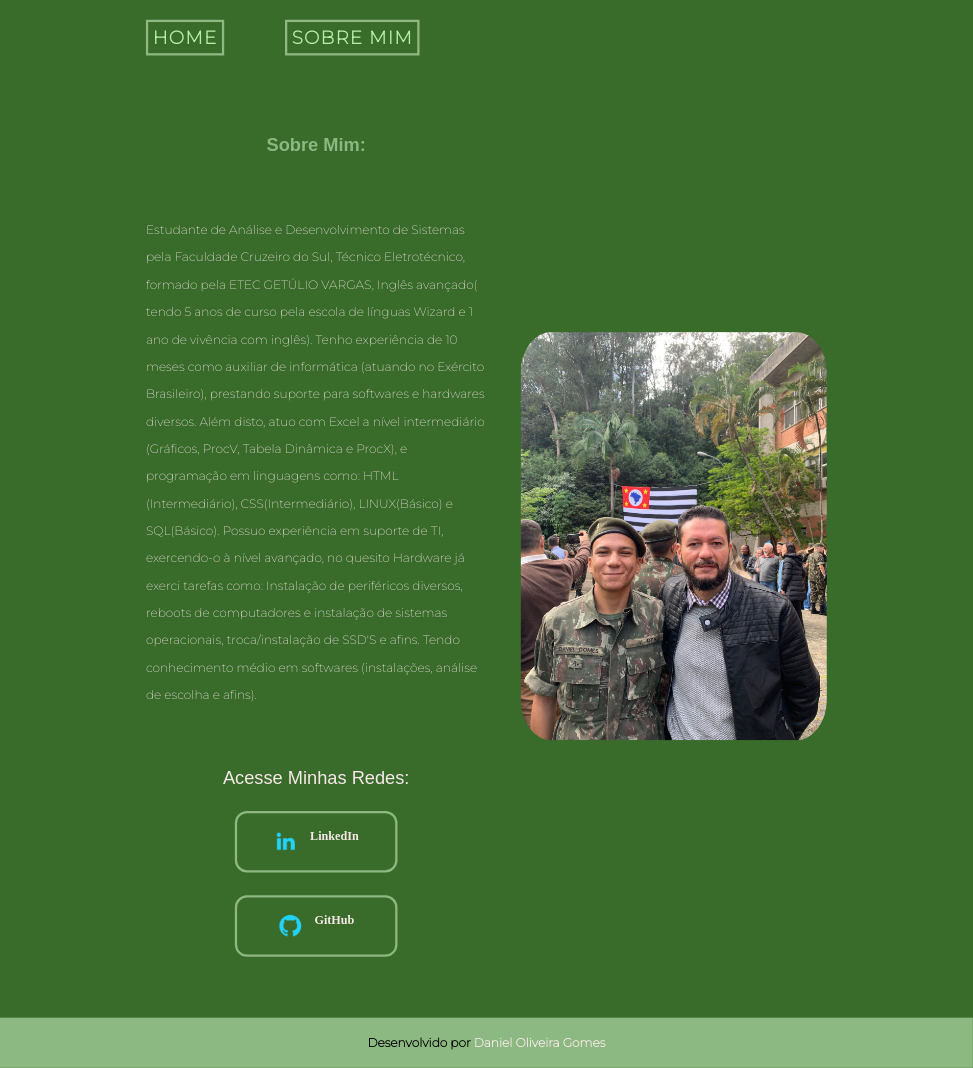
Repository: DamnDTX/Portfolio-Daniel-Oliveira-1
Page: about.html
These files come from the project's save history. The page is drawn as it stood at one moment and after the next save; the edit follows.
The browser window is 1280 px wide. The pictures show the whole page, at 76% of full size.
Some web fonts or font styles are not loaded; a fallback is used.

Above is the page before, as saved 2023-07-24 17:25:16.

### about.html
<!DOCTYPE html>
<html lang="pt-br">
<head>
    <meta charset="UTF-8">
    <meta name="viewport" content="width=device-width, initial-scale=1.0">
    <title>Sobre Mim</title>
    <link rel="stylesheet" href="./styles/about.css">
    <!--Há duas formas de nós conseguirmos linkar o nosso arquivos css, a primeira forma nós já sabemos, que é utilizando o elemento link, mas podemos fazer de outra forma, que é escrevendo "link:" e puxar o caminho do css, prefiro a primeira forma, já que a velocidade de ação é a mesma-->
</head>
<body>
<header>
    <header class="cabecalho">
        <nav class="cabecalho__menu">
            <a class="cabecalho__menu__link" href="index.html">Home</a>
            <a class="cabecalho__menu__link" href="about.html">Sobre Mim</a>
        </nav>
</header>
<!--Copiamos o header da outra página html, temos que ver que tem coisas que queremos que continue igual, igual
    o header e as estilizações (posicionamento e afins, quando for assim, copiamos as propriedades da mesma forma
    , alterando só quando necessário)
-->
<main class="principal">
    <section class="principal__conteudo">
        <h1 class="principal__conteudo__titulo">
   <strong>Sobre Mim:</strong>
        </h1>

        <h4 class="principal__conteudo__apresentacao">
            Estudante de Análise e Desenvolvimento de Sistemas pela Faculdade Cruzeiro do Sul, Técnico Eletrotécnico, formado pela ETEC GETÚLIO VARGAS, Inglês avançado( tendo 5 anos de curso pela escola de línguas Wizard e 1 ano de vivência com inglês). Tenho experiência de 10 meses como auxiliar de informática (atuando no Exército Brasileiro), prestando suporte para softwares e hardwares diversos. Além disto, atuo com Excel a nível intermediário (Gráficos, ProcV, Tabela Dinâmica e ProcX), e programação em linguagens como: HTML (Intermediário), CSS(Intermediário), LINUX(Básico) e SQL(Básico). Possuo experiência em suporte de TI, exercendo-o à nível avançado, no quesito Hardware já exerci tarefas como: Instalação de periféricos diversos, reboots de computadores e instalação de sistemas operacionais, troca/instalação de SSD'S e afins. Tendo conhecimento médio em softwares (instalações, análise de escolha e afins).
        </h4>
        <div class="principal__links">
            <h2 class="principal__links__subtitulo">Acesse Minhas Redes:</h2>
        <a class="principal__link__social" target="_blank" href="https://www.linkedin.com/in/daniel-oliveira-gomes-3470511b6/">
                <img src="./assets/Logo linkedin.png" alt="linkeidn_logo">
            LinkedIn
                </a>
        <a class="principal__link__social" target="_blank" href="https://github.com/DamnDTX/">
          <img src="./assets/Logo Github.png" alt="github_logo">
          GitHub
        </a>
    </section>
    <img class="daniel" alt="minha_pessoa" src="./assets/Daniel milico.jpeg">
</main>

<footer class="rodape">
    <h4>Desenvolvido por <strong class="desenvolvedor">Daniel Oliveira Gomes</strong></h4>
</footer>
</body>
</html>

### styles/about.css
@import url('https://fonts.googleapis.com/css2?family=Abril+Fatface&family=Krona+One&family=Montserrat:wght@100;200&display=swap');
@import url('https://fonts.googleapis.com/css2?family=Abril+Fatface&family=Krona+One&family=Montserrat:wght@100&display=swap');

:root{
    --cor-dos-textos:#F8E9E9;
    --fonte-textos:'Montsserrat',sans-serif;
    --fonte-titulos:'Krona One', sans-serif;
}




*{
    margin: 0;
    padding: 0;
}

body{
    background-color:  #396B2B;
    color: var(--cor-dos-textos);
    height: 100vh;
    box-sizing: border-box;
}
 /*O 100vh serve quando temos poucos elementos na página, quando o body não alcança tudo (quando há poucos
 elementos), quando não for o caso de termos poucos elementos, tiramos-o, ou melhor, não os usamos  */
strong{
    color: #8CB881;
}

.cabecalho{
padding: 2% 0 0 15%;
}

.cabecalho__menu{display: flex;
gap: 80px;}

.cabecalho__menu__link{
    font-size:  1.5rem;
    font-family: 'Montserrat', sans-serif;
    font-style: normal;
    font-weight: 600;
    line-height: normal;
    color: #B6EEA7;
    text-decoration: none;
    text-transform: uppercase;
    letter-spacing: 0.1rem;
    border-style: solid;
    border-color: #8EBA82;
    padding: 6px;
    background-color: transparent;
}

.principal{display: flex;
align-items: center;
justify-content: space-between;
padding: 5% 15%;
gap: 40px;}



.principal__conteudo{
    width: 50%;
    height: 50%;
    display: flex;
    flex-direction: column;
    gap: 40px;
       }

.principal__conteudo__titulo{
    font-family: 'Krona One', sans-serif;
    font-size: 2.25;
    text-align: center;
    margin-top: 40px;

}



.principal__conteudo__apresentacao{
    font-family: 'Montserrat', sans-serif;
    display: flex;
    flex-direction: column;
    font-size:  1,5rem;
    font-style: normal;
    font-weight: 400;
    line-height: 36px;
    color: #F8E9E9;
    margin-top: 40px;
}

.daniel{
    height: 45%;
    width: 45%;
    border-radius: 10%;
    justify-content: center;
}

 .principal__links{
        justify-content: space-between;
        flex-direction:column;
        align-items: center;
        display: flex;
        width: 50% auto;
        padding: 16px;
        justify-content: center;
        align-items: center;
        gap: 20px;

        .principal__links__social:hover{
            background-color: #3843E0;
        }
 }
    .principal__links__subtitulo{
        font-family: 'Krona One', sans-serif;
        font-weight: 400;
        margin-top: 20px;
        }


    .principal__link__social{
        background-color: transparent;
        color: #F8E9E9;
        width: 50%;
        height: 32px;
        text-align: center;
        border-radius: 16px;
        font-size:  1,5rem;
        padding: 21.5px 0;
        text-decoration: none;
        font-weight: 600;
        border-style: solid;
        display: flex;
        justify-content: center;
        gap: 16px;
        margin-top: 10px;
        border-color: #8CB881;
    }

.logo{width: 28px;
    height: 28px;
    }

.rodape{font-size:  1,5rem;
    font-family: 'Montserrat', sans-serif;
    font-style: normal;
    font-weight: 400;
    line-height: 36px;
    background-color: #8CB881;
    text-align: center;
    color: black;
    padding: 15px;
    flex-shrink: 0;
}

    .desenvolvedor{color: #F8E9E9;}

    .cabecalho__menu__link:hover{
        background-color: #8EBA82;
        color: white;
    }


    @media (max-width:800px) {
        .cabecalho {
            padding: 10%;
        }

        .cabecalho__menu{
            justify-content: center;
        }

        .principal {
            flex-direction: column-reverse;
            padding: 5% 5%;
        }

        .principal__conteudo{
            width: auto;
        }

        .daniel{
            width: 50%;
            height: 50%;
        }

    }

After the next save:
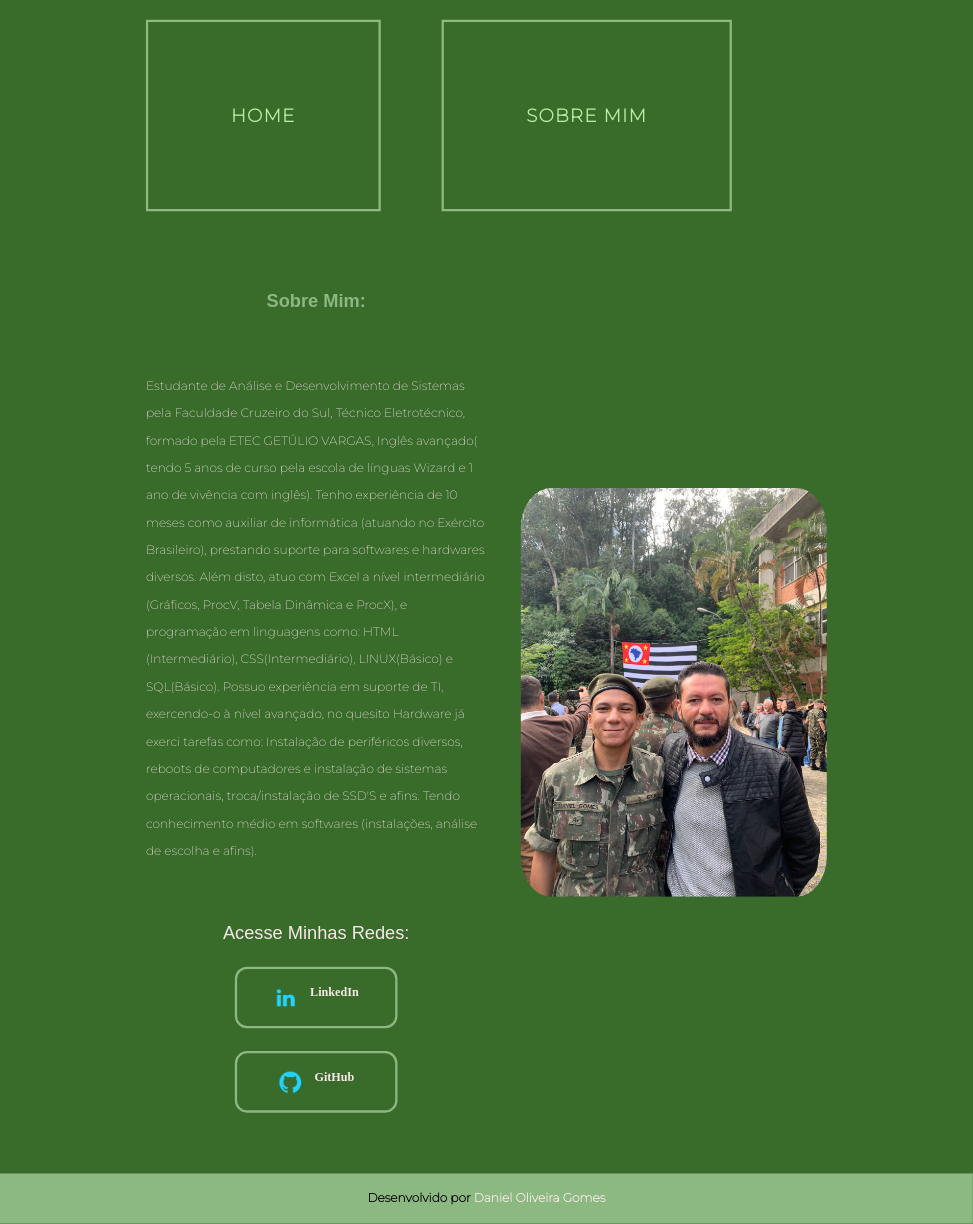
Saved 12 s later.
--- a/styles/about.css
+++ b/styles/about.css
@@ -46,7 +46,7 @@ gap: 80px;}
     letter-spacing: 0.1rem;
     border-style: solid;
     border-color: #8EBA82;
-    padding: 6px;
+    padding: 10%;
     background-color: transparent;
 }
 
